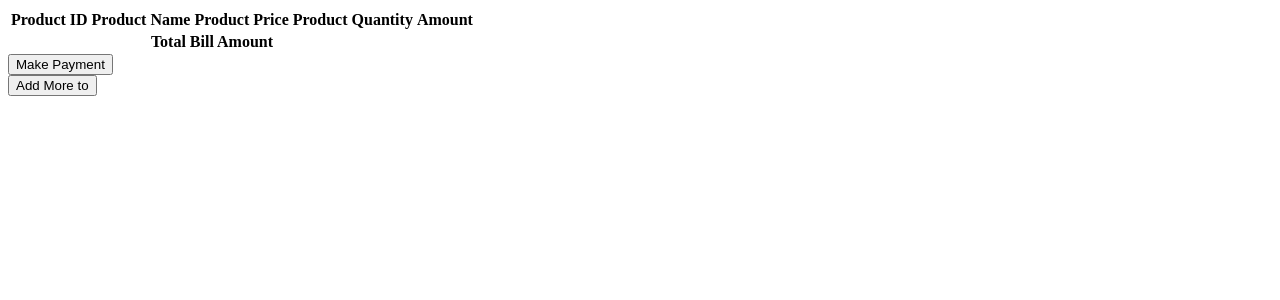
Repository: devgpta19/CDAC-Assignments
Page: http://localhost/ProductsAndUsersUsingJSPAndServlet/cart.jsp
The author's editor kept a copy of each file at every save. The page is drawn from the files as they stood at one save, then again after the next save.
The browser window is 1280 px wide. The pictures show the whole page.
The page is served by Tomcat 9. Other server files are loaded and not shown.

Above is the page before, as saved 2025-11-27 05:39:46.

### Adv.Java/Day6-8/ProductsAndUsersUsingJSPAndServlet/src/main/webapp/cart.jsp
<%@ page language="java" contentType="text/html; charset=ISO-8859-1"
	pageEncoding="ISO-8859-1"%>
<%@taglib prefix="c" uri="http://java.sun.com/jsp/jstl/core"%>

<!DOCTYPE html>
<html>
<head>
<meta charset="ISO-8859-1">
<title>Insert title here</title>
</head>
<body>
	<%
	double tamt = 0;
	%>
	<form action="makePayment.jsp">
		<table>
			<tr>
				<th>Product ID</th>
				<th>Product Name</th>
				<th>Product Price</th>
				<th>Product Quantity</th>
				<th>Amount</th>
			</tr>
			<c:forEach var="set" items="${ResultSet}">
				<tr>
					<c:set var="amt" value="${set.qty}*${set.price}"></c:set>
					<c:set var="tamt" value="${tamt}+${amt}"></c:set>
					<td>${set.pid}</td>
					<td>${set.pname}</td>
					<td>${set.price}</td>
					<td>${set.qty}</td>
					<td>${amt}</td>
				</tr>
			</c:forEach>
			<tr>
			<th colspan='4'>Total Bill Amount</th>
			<th>${tamt}</th>
			</tr>
		</table>

		<button type="submit" name="btn" id="btn" >Make Payment</button>
	</form>

	<form action="Category">
	<button>Add More to </button>
	</form>
</body>
</html>

After the next save:
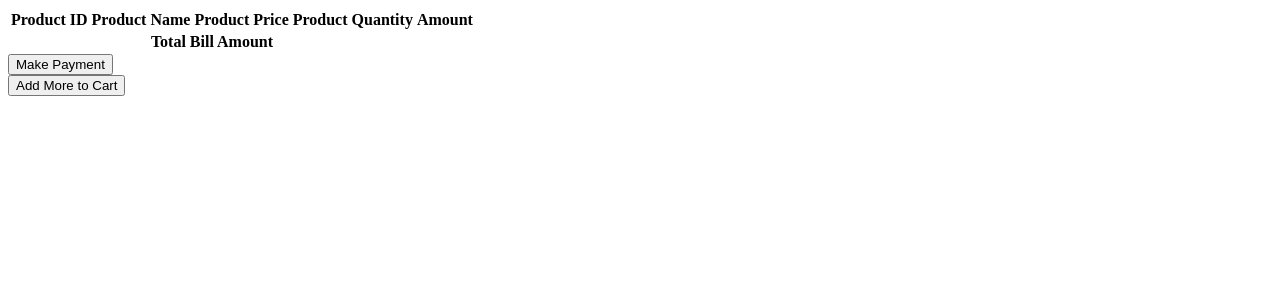
Saved 8 s later.
--- a/Adv.Java/Day6-8/ProductsAndUsersUsingJSPAndServlet/src/main/webapp/cart.jsp
+++ b/Adv.Java/Day6-8/ProductsAndUsersUsingJSPAndServlet/src/main/webapp/cart.jsp
@@ -42,7 +42,7 @@
 	</form>
 
 	<form action="Category">
-	<button>Add More to </button>
+	<button  >Add More to Cart</button>
 	</form>
 </body>
 </html>
